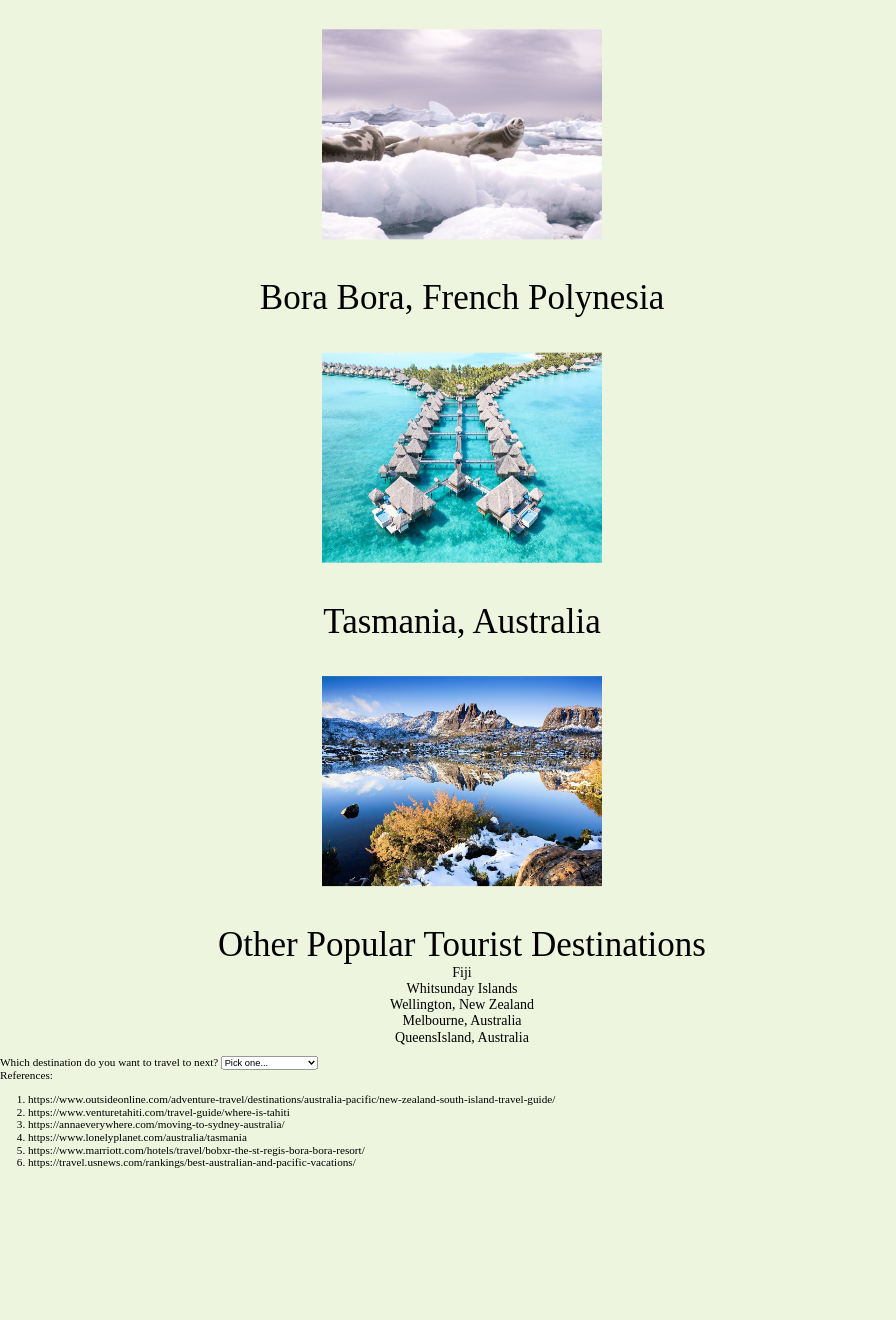
Repository: alharama/StaticWebsite
Page: au_page.html
These files come from the project's save history. The page is drawn as it stood at one moment and after the next save; the edit follows.
The browser window is 1280 px wide. The pictures show the part of the page from y = 1707 to 3627 px (the page is 3593 px tall before and 3627 px after), at 70% of full size.

Above is the page before, as saved 2021-09-29 23:05:28.

After the next save:
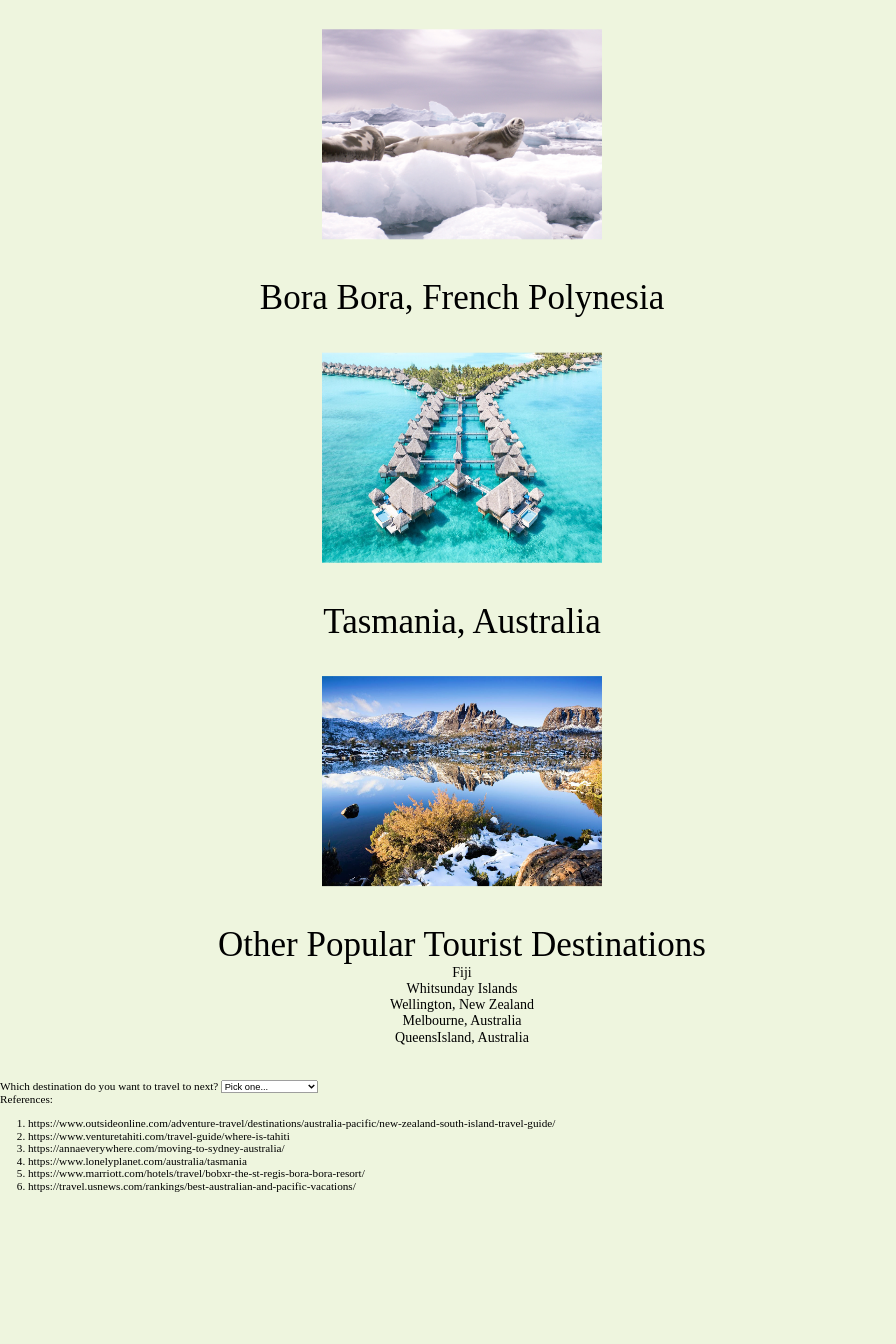
Saved 26 s later.
--- a/StyleSheet.css
+++ b/StyleSheet.css
@@ -82,3 +82,7 @@ body{
 .extra_destinations li{
     font-size: 20px;
 }
+
+#survey {
+    margin-top: 50px;
+}
